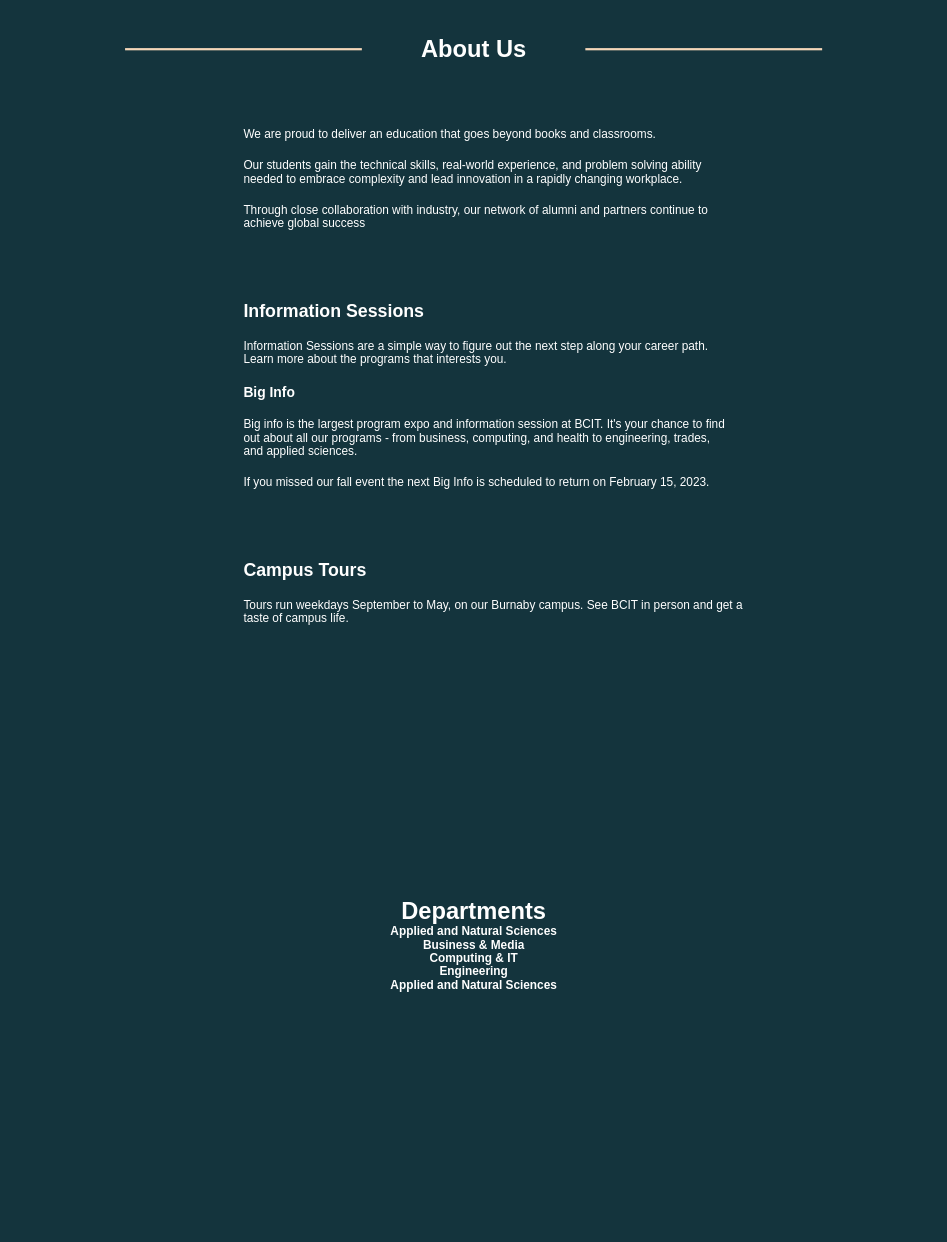
Repository: jennydmcm/assignment-1-playwright-site-A01338943
Page: /about
The author's editor kept a copy of each file at every save. The page is drawn from the files as they stood at one save, then again after the next save.
The browser window is 1280 px wide. The pictures show the whole page, at 74% of full size.
The project was rebuilt for these pictures with package versions that can differ from the ones it lists, and the page was loaded fresh each time. The framework's server and built-in components were replaced by stand-ins that run in the browser. Also part of the build but not shown: next.config.js.

Above is the page before, as saved 2023-02-08 14:02:58.

### pages/_app.js
import '../styles/globals.css'
import '../styles/variables.css'

function MyApp({ Component, pageProps }) {
  return <Component {...pageProps} />
}

export default MyApp

### pages/about.js
import Head from "next/head";
import Image from "next/image";
import { Inter } from "@next/font/google";
import styles from "@/styles/About.module.css";
const inter = Inter({ subsets: ["latin"] });

export default function Home() {
  return (
    <>
      <Head>
        <title>About Us</title>
        <meta name="description" content="Generated by create next app" />
        <meta name="viewport" content="width=device-width, initial-scale=1" />
        <meta name="author" content="MDIA 2109" />
        <meta property="og:title" content="Assignment #1 - About Us Page" />
        <meta
          property="og:description"
          content="BCIT Digital Design and Development Diploma"
        />
        <link rel="icon" href="/favicon.png" />
      </Head>
      <main className={styles.main}>
        <header>
          <div className={styles.about}>
            <div className={styles.header}>
              <hr className={styles.lines}></hr>
              <h1 className={styles.aboutTitle}>About Us</h1>
              <hr className={styles.lines}></hr>
            </div>
            <div className={styles.aboutText}>
              <p className={styles.mainText}>
                We are proud to deliver an education that goes beyond books and
                classrooms.
              </p>
              <p className={styles.mainText}>
                Our students gain the technical skills, real-world experience,
                and problem solving ability <br></br>
                needed to embrace complexity and lead innovation in a rapidly
                changing workplace.
              </p>
              <p className={styles.mainText}>
                Through close collaboration with industry, our network of alumni
                and partners continue to <br></br>
                achieve global success
              </p>
            </div>
          </div>
          <div className={styles.infosesh}>
            <h2>Information Sessions</h2>
            <p className={styles.mainText}>
              Information Sessions are a simple way to figure out the next step
              along your career path. <br></br>
              Learn more about the programs that interests you.
            </p>
            <h3 className={styles.bigInfo}>Big Info</h3>
            <p className={styles.mainText}>
              Big info is the largest program expo and information session at
              BCIT. It's your chance to find<br></br>
              out about all our programs - from business, computing, and health
              to engineering, trades,<br></br>
              and applied sciences.
            </p>
            <p className={styles.mainText}>
              If you missed our fall event the next Big Info is scheduled to
              return on February 15, 2023.
            </p>
          </div>

          <div className={styles.tours}>
            <h2>Campus Tours</h2>
            <p className={styles.mainText}>
              Tours run weekdays September to May, on our Burnaby campus. See
              BCIT in person and get a<br></br>
              taste of campus life.
            </p>
          </div>
          <div className={styles.dept}>
            <h1>Departments</h1>
            <h4 className={styles.deptNames}>Applied and Natural Sciences</h4>
            <h4 className={styles.deptNames}>Business & Media</h4>
            <h4 className={styles.deptNames}>Computing & IT</h4>
            <h4 className={styles.deptNames}>Engineering</h4>
            <h4 className={styles.deptNames}>Applied and Natural Sciences</h4>
          </div>
        </header>
        <a>
          <span>
            <img href="/upwardArrow.png"></img>
            <img href="downwardArrow.png"></img>
          </span>
        </a>
      </main>
    </>
  );
}

### styles/variables.css
:root{
    --primary-color: #fff;
    --secondary-color: #f4d6b9;
    --ternary-color: #14343d;
    --quaternary-color: #14343d;
    --quinary-color: rgba(16,46,53,0.5);

}

### styles/About.module.css
.main{
    background-color: var(--ternary-color);
    color: var(--primary-color);
    font-family: Arial, Helvetica, sans-serif;
    display: flex;
    flex-direction: column;
    justify-content: center;
    align-items: center;
}
.about{
    display: flex;
    flex-direction: column;
    padding: 3rem;
    padding-bottom: 3rem;
    align-content: center;


}


.infosesh{
    display: flex;
    flex-direction: column;
    padding: 3rem;
    padding-bottom: 3rem;
    padding-left: 13rem;

}

.bigInfo{
    padding-top: 1.5rem;

}

.tours{
    display: flex;
    flex-direction: column;
    padding: 3rem;
    padding-bottom: 3rem;
    padding-left: 13rem;

}
.aboutText{
    padding-left: 10rem;
}

.dept{
    display: flex;
    flex-direction: column;
    padding-top: 20rem;
    padding-bottom: 20rem;
    align-items: center;


}

.aboutTitle{
    display: flex;
    flex-direction: column;
    align-items: center;
    padding-left: 5rem;
    padding-right: 5rem;
}

.mainText{
    padding-top: 1.5rem;
}

.lines{
    border-top: none;
    border-bottom: 0.2rem solid var(--secondary-color);
    border-left: none;
    border-right: none;
    width: 20rem;
}
.header{
    display: flex;
    flex-direction: row;
    align-items: center;
    padding-bottom: 4rem;
}

Loaded but not shown: pages/_document.js (common file); pages/api/hello.js (common file); styles/globals.css (common file)

After the next save:
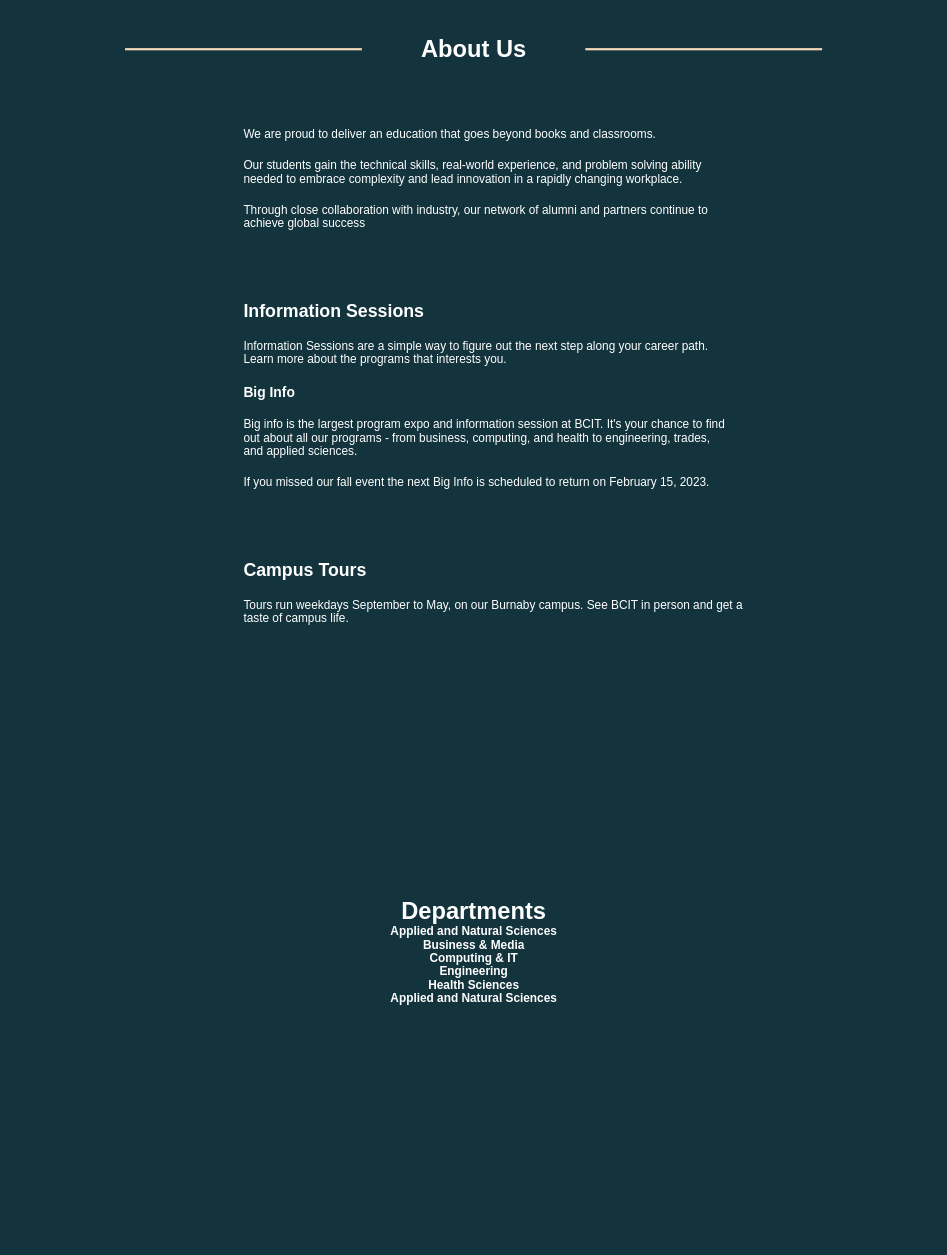
Saved 11 s later.
--- a/pages/about.js
+++ b/pages/about.js
@@ -80,6 +80,7 @@ export default function Home() {
             <h4 className={styles.deptNames}>Business & Media</h4>
             <h4 className={styles.deptNames}>Computing & IT</h4>
             <h4 className={styles.deptNames}>Engineering</h4>
+            <h4 className={styles.deptNames}>Health Sciences</h4>
             <h4 className={styles.deptNames}>Applied and Natural Sciences</h4>
           </div>
         </header>
